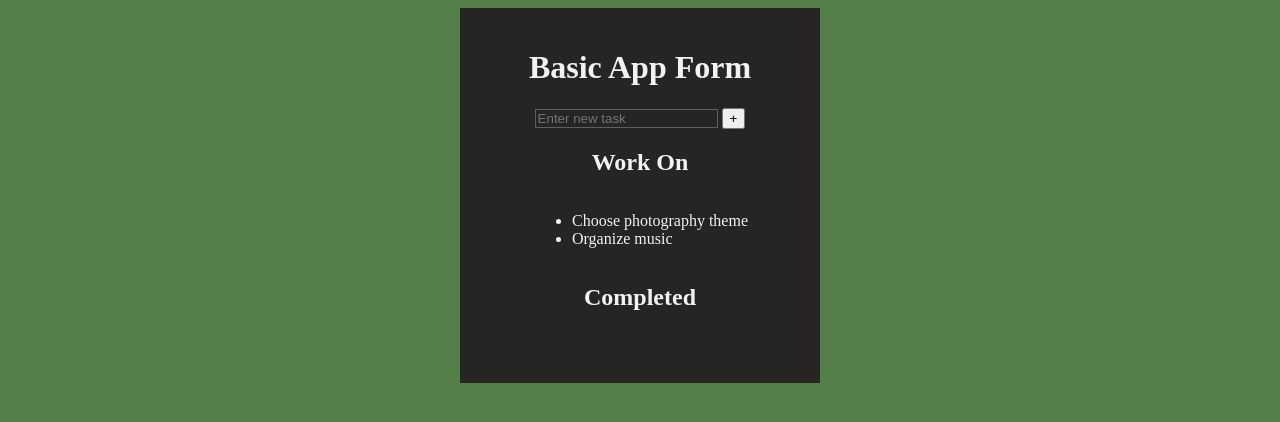
Repository: Kayla-amr/dgm_3760
Page: todoTemplate-W2/index.html
These files come from the project's save history. The page is drawn as it stood at one moment and after the next save; the edit follows.
The browser window is 1280 px wide. The pictures show the whole page.

Above is the page before, as saved 2022-10-17 17:07:41.

After the next save:
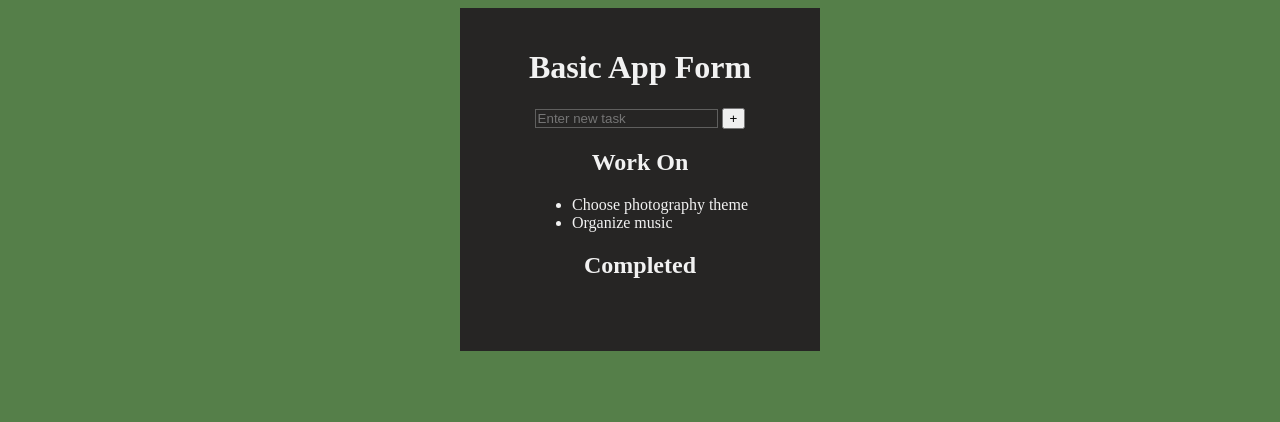
Saved 5 s later.
--- a/todoTemplate-W2/styles.css
+++ b/todoTemplate-W2/styles.css
@@ -17,7 +17,7 @@ main{
     align-items: center;
 }
 .todoTasks{
-    padding-right: ;
+    margin: 0;
 }
 .userInput{
     background-color: #eaaf1900;
